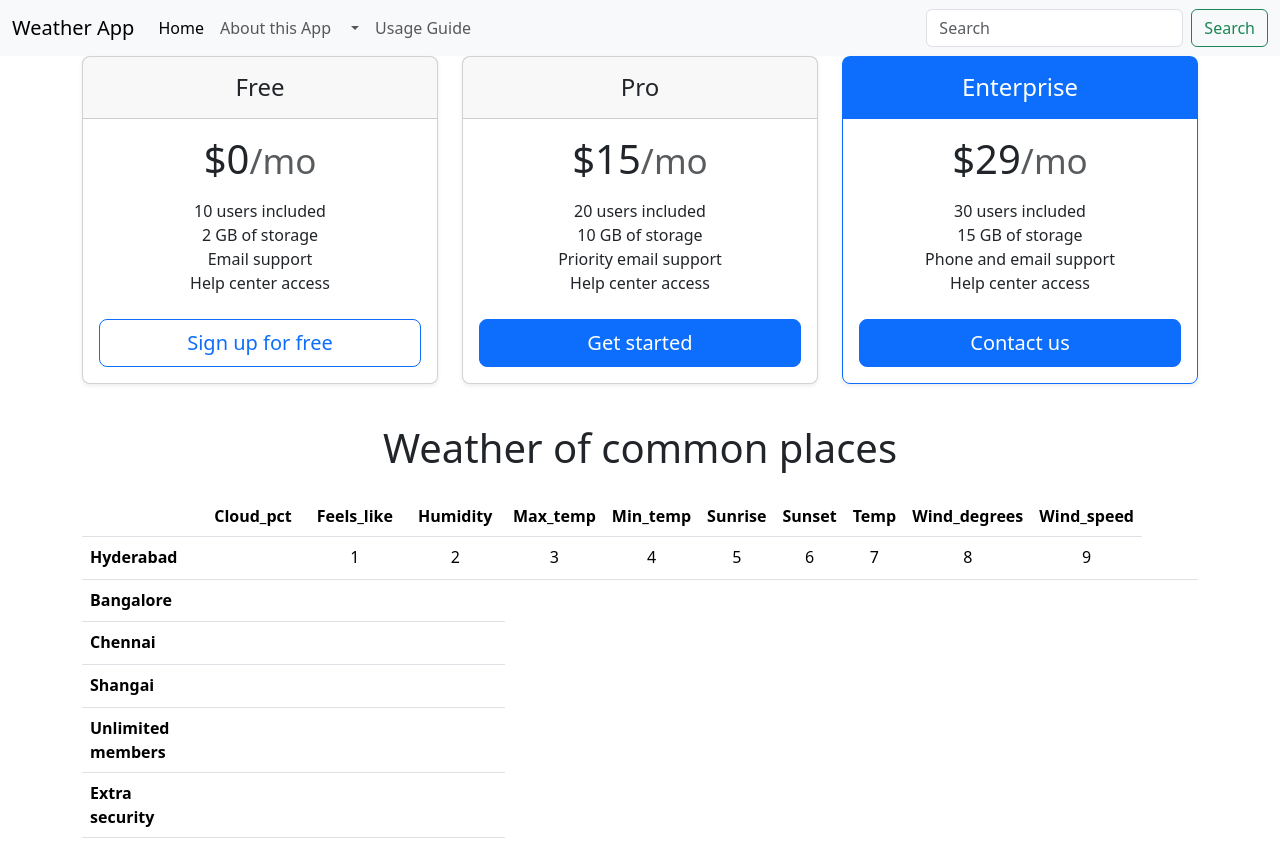
Repository: Abhilash2909/weather
Page: index.html
These files come from the project's save history. The page is drawn as it stood at one moment and after a run of saves; the edit follows.
The browser window is 1280 px wide. The pictures show the whole page.
The page's requests for data from a server got no answer.

Above is the page before, as saved 2024-02-11 10:39:31.

After the next 2 saves:
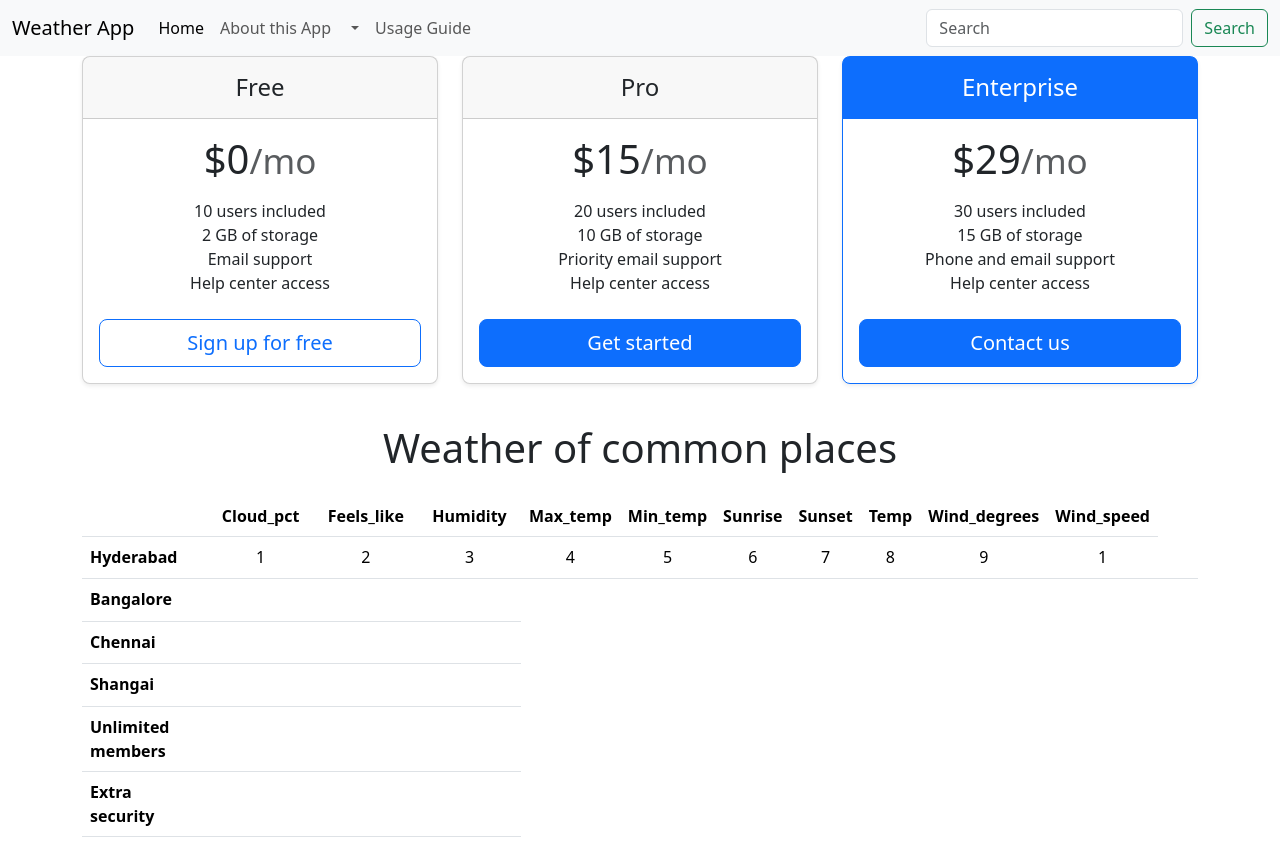
The 2 saves are shown as one change because they came seconds apart.
The last was saved 8 s later.
--- a/index.html
+++ b/index.html
@@ -120,7 +120,6 @@
             <tbody>
               <tr>
                 <th scope="row" class="text-start">Hyderabad</th>
-                <td><svg class="bi" width="24" height="24"><use xlink:href="#check"></use></svg></td>
                 <td>1</td>
                 <td>2</td>
                 <td>3</td>
@@ -130,7 +129,7 @@
                 <td>7</td>
                 <td>8</td>
                 <td>9</td>
-                <td></td>
+                <td>1</td>
 
                 <td><svg class="bi" width="24" height="24"><use xlink:href="#check"></use></svg></td>
               </tr>
